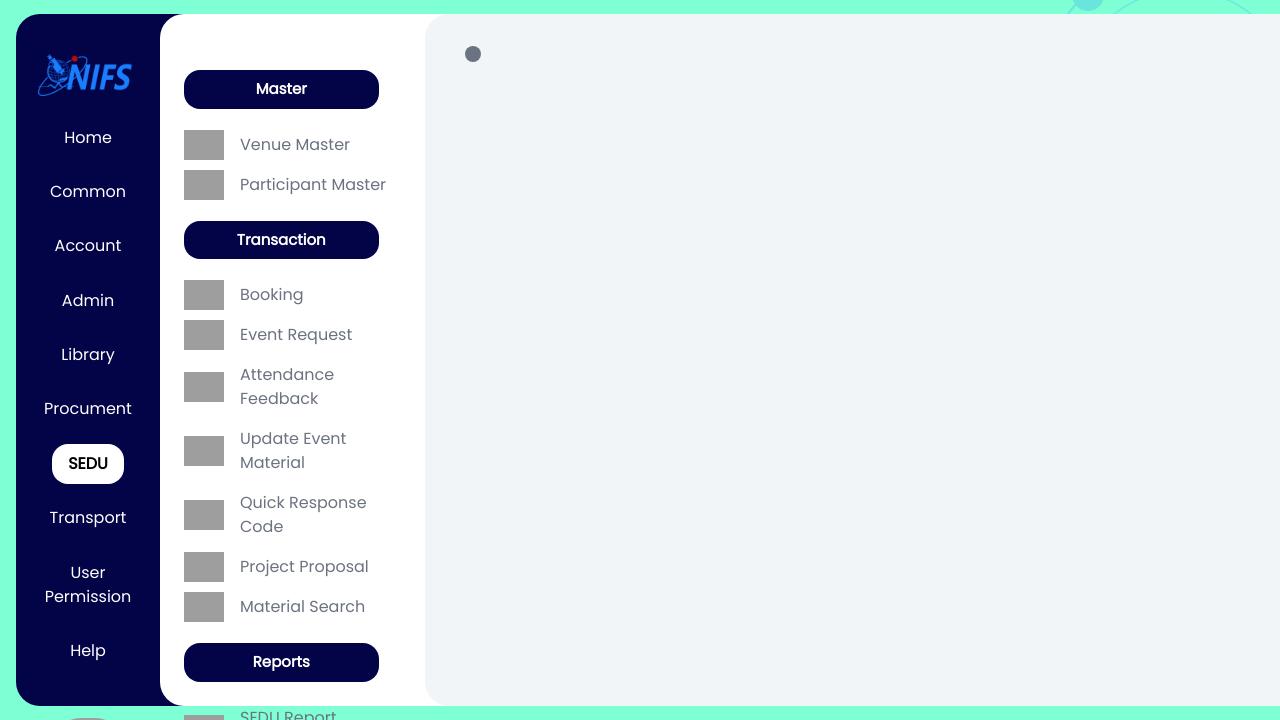
Repository: virangaj/NIFS-WebApp
Page: /sedu (app in client/)
These files come from the project's save history. The page is drawn as it stood at one moment and after the next save; the edit follows.
The browser window is 1280 px wide. The pictures show the whole page.
Pictures or frames that could not be fetched are drawn as grey boxes. The project was rebuilt for these pictures with package versions that can differ from the ones it lists, and the page was loaded fresh each time. Also part of the build but not shown: client/src/pages/Login.tsx, client/src/pages/Home.tsx, client/src/components/Transport/shared/TransportNavbar.js, client/src/pages/TransportMainPage.tsx, client/src/pages/CommonMainPage.tsx, client/src/pages/AccountMainPage.tsx, client/src/pages/AdminMainPage.tsx, client/src/pages/LibraryMainPage.js and 15 more.

Above is the page before, as saved 2022-07-31 03:32:18.

### client/public/index.html
<!DOCTYPE html>
<html lang="en">
	<head>
		<meta charset="utf-8" />
		<link rel="icon" href="nifs_logo.png" />
		<meta name="viewport" content="width=device-width, initial-scale=1" />
		<meta name="theme-color" content="#000000" />
		<meta
			name="description"
			content="Web site created using create-react-app"
		/>
		<link rel="apple-touch-icon" href="%PUBLIC_URL%/logo192.png" />
		<!--
      manifest.json provides metadata used when your web app is installed on a
      user's mobile device or desktop. See https://developers.google.com/web/fundamentals/web-app-manifest/
    -->
		<link rel="manifest" href="%PUBLIC_URL%/manifest.json" />
		<!--
      Notice the use of %PUBLIC_URL% in the tags above.
      It will be replaced with the URL of the `public` folder during the build.
      Only files inside the `public` folder can be referenced from the HTML.

      Unlike "/favicon.ico" or "favicon.ico", "%PUBLIC_URL%/favicon.ico" will
      work correctly both with client-side routing and a non-root public URL.
      Learn how to configure a non-root public URL by running `npm run build`.
    -->
		<link
			href="https://fonts.googleapis.com/css?family=Poppins"
			rel="stylesheet"
		/>
		<title>NIFS Dashboard</title>
	</head>
	<body>
		<noscript>You need to enable JavaScript to run this app.</noscript>
		<div id="root"></div>
		<!--
      This HTML file is a template.
      If you open it directly in the browser, you will see an empty page.

      You can add webfonts, meta tags, or analytics to this file.
      The build step will place the bundled scripts into the <body> tag.

      To begin the development, run `npm start` or `yarn start`.
      To create a production bundle, use `npm run build` or `yarn build`.
    -->
	</body>
</html>

### client/src/index.css
@tailwind base;
@tailwind components;
@tailwind utilities;

* {
  margin: 0;
}

body {
  font-family: 'Poppins' !important;
  -webkit-font-smoothing: antialiased;
  -moz-osx-font-smoothing: grayscale;
  background-color: #dfe7ee;

}

::-webkit-scrollbar {
  display: none;
}


:root {
  --main-navbar-back: #030347;
  --nav-title-section-back: rgba(47, 163, 72, 0.589);
  --white: #fff;
  --black: #000;
  --gray: rgba(68, 68, 68, 0.432);
  --border-radius: 10px;
  --pimary: rgb(10, 94, 133);
  --warning: #ed3d63;
  --secondary-nav-color: rgb(255, 255, 255);
  --body-content-bg: #f2f5f8;
}


.nav-logo {
  width: 100px;
  height: auto;
  margin-bottom: 2vh;
}

a {
  text-decoration: none;
}



/* main navbar */
.main-nav-bg {
  background-color: var(--main-navbar-back) !important;
}

.main-navbar {
  background-color: var(--main-navbar-back) !important;
  width: 100% !important;
  height: 80px !important;

}

/* secondary navbar */

.sec-nav-bg {
  background-color: var(--secondary-nav-color);
}

.secondary-navbar {
  margin: auto;
}

.nav-flex-section {
  display: -webkit-flex;
  display: -ms-flexbox;
  display: flex;
  -webkit-flex-wrap: wrap;
  -ms-flex-wrap: wrap;
  flex-wrap: wrap;
  justify-content: center;
}

.nav-flex-inside {
  margin-left: 5px;
  margin-left: 5px;
}

.nav-title {
  font-size: 15px;
  text-align: center;
  color: var(--white);
  font-weight: 600;

}

.nav-title-section {
  /* border-radius: var(--border-radius);
  background-color: var(--nav-title-section-back);
  box-shadow: rgba(100, 100, 111, 0.2) 0px 7px 29px 0px;
  pointer-events: none;
  margin-left: 10px;
  margin-left: 10px; */
  background-color: var(--main-navbar-back);
}

.nav-icon {
  width: 40px;
}

.nav-link {
  display: flex;
  display: -webkit-flex;
  display: -ms-flexbox;
  flex-direction: column;
  align-items: center;
  font-size: 14px;
  margin-left: 5px;
  margin-right: 5px;
  border: none;
  box-shadow: rgba(100, 100, 111, 0.2) 0px 7px 29px 0px;
  padding: 4px 8px 6px 8px;
  margin-bottom: 10px;
  text-align: center;
  width: 125px;
  border-radius: var(--border-radius);
  background-color: var(--white);
  outline: none;
  min-height: 120px;
}

.nav-link:hover {
  color: var(--pimary);
  cursor: pointer;
  box-shadow: rgba(81, 146, 177, 0.2) 0px 7px 29px 0px;
  background-color: rgb(254, 255, 205);
  border-bottom: 2px solid var(--warning);
}


.nav-link:active {
  color: var(--pimary);
  cursor: pointer;
  box-shadow: rgba(81, 146, 177, 0.2) 0px 7px 29px 0px;
  background-color: rgb(205, 248, 255);
  border-bottom: 2px solid var(--warning);
}

.nav-link-active {
  color: var(--pimary);
  cursor: pointer;
  box-shadow: rgba(81, 146, 177, 0.2) 0px 7px 29px 0px;
  background-color: rgb(205, 248, 255);
  border-bottom: 2px solid var(--warning);
}

/* body content*/
.custom-scroll {
  width: 75vw;
  height: 96vh;
  overflow-y: scroll;
}

.custom-scroll::-webkit-scrollbar {
  width: 5px;
}

.custom-scroll::-webkit-scrollbar-track {
  /* -webkit-box-shadow: inset 0 0 6px rgba(0, 0, 0, 0.3); */
  border-radius: 5px;
}

.custom-scroll::-webkit-scrollbar-thumb {
  border-radius: 5px;
  /* -webkit-box-shadow: inset 0 0 6px red;;;;;;;;;;;                                                                                                                                                                                                                                                                                                                                                                                                                                                                                                                                                                                                                                                                                                                                                                                                                                                                                                                                                                                                                                                                                                                                                                                                                                                                                                                                                                                                                                                                                                                                                                                                                                                                                                                                                                                                                                                                                                                                                                                                                                                                                                                                                                                                                                                                                                                                                                                                                                                                                                                                                                                                                                                                                                                                                                                                                                                                                                                                                                                                                                                                                                                                                                                                                                                                                                                                                                                                                                                                                                                                                         [[ */
}

.body-content {
  margin: auto;
  width: 90%;
  margin-top: 12vh;

}

/* main page content */
.main-content {
  width: 90%;
  margin: auto;
  margin-top: 20px;
}

/* sub page content */

.sub-body-content {
  border: 2px solid var(--gray);
  border-radius: var(--border-radius);
  padding: 10px;
}

.sub-body-title {
  font-size: 24px;
}



/* error page */
.error-page {
  border: 2px solid var(--gray);
  border-radius: var(--border-radius);
  height: 50vh;
  width: 50vw;
  margin: auto;
  margin-top: 50px;
}

.error-page-content {
  display: flex;
  flex-direction: column;
  align-items: center;
  text-align: center !important;
  margin-top: 50px;
}

.error-page-content h1 {
  font-size: 100px;
  color: var(--warning);
  font-weight: 700;
  pointer-events: none;

}

.error-page-content p {
  font-size: 20px;
  margin-bottom: 20px;
  pointer-events: none;
}


@media screen and (max-width: 1366px) {
  body {
    background-color: aquamarine;
  }

  .nav-link {
    font-size: 12px;
    padding: 4px 4px 6px 4px;
    width: 100px;
    min-height: 100px;
  }

  .nav-icon {
    width: 35px;
  }
}

### client/src/App.tsx
import React, { useEffect } from 'react';
import Navbar from './components/shared/Navbar';
import Login from './pages/Login'
import { BrowserRouter as Router, Route, Routes } from 'react-router-dom'
import Home from './pages/Home';
import TransportMainPage from './pages/TransportMainPage';
import CommonMainPage from './pages/CommonMainPage';
import AccountMainPage from './pages/AccountMainPage';
import AdminMainPage from './pages/AdminMainPage';
import LibraryMainPage from './pages/LibraryMainPage';
import ProcumentMainPage from './pages/ProcumentMainPage';
import SeduMainPage from './pages/SeduMainPage';
import UserPermissionMainPage from './pages/UserPermissionMainPage';
import NotificationMainPage from './pages/NotificationMainPage';
import HelpMainPage from './pages/HelpMainPage';
import ErrorPage from './pages/ErrorPage';
import VerticalMainNavbar from './components/shared/VerticalMainNavbar';


function App() {


  return (
    <div className='w-[98%] flex mx-auto flex-col h-[100vh]'>
      <Router>
        {/* <Navbar /> */}
        <div>
          <VerticalMainNavbar />
        </div>
        <div className='overflow-y-scroll ml-4 scroll-bar'>
          <Routes>
            <Route path="/login" element={<Login />} />
            <Route path="/" element={<Home />} />
            <Route path="/common/*" element={<CommonMainPage />} />
            <Route path="/account/*" element={<AccountMainPage />} />
            <Route path="/admin/*" element={<AdminMainPage />} />
            <Route path="/library/*" element={<LibraryMainPage />} />
            <Route path="/procument/*" element={<ProcumentMainPage />} />
            <Route path="/sedu/*" element={<SeduMainPage />} />
            <Route path="/transport/*" element={<TransportMainPage />} />
            <Route
              path="/user-permission/*"
              element={<UserPermissionMainPage />}
            />
            <Route
              path="/notification/*"
              element={<NotificationMainPage />}
            />
            <Route path="/help/*" element={<HelpMainPage />} />
            <Route path="/error-404" element={<ErrorPage />} />
          </Routes>
        </div>


      </Router>
    </div>
  );
}

export default App;

### client/src/pages/SeduMainPage.tsx
import React from 'react';
import { Route, Routes } from 'react-router-dom';
import AttendanceFeedback from '../components/sedu/AttendanceFeedback';
import EventRequest from '../components/sedu/EventRequest';
import MaterialSearch from '../components/sedu/MaterialSearch';
import ParticipantMaster from '../components/sedu/ParticipantMaster';
import ProjectProposal from '../components/sedu/ProjectProposal';
import QuickResponseCode from '../components/sedu/QuickResponseCode';
import SeduBooking from '../components/sedu/SeduBooking';
import SeduReportGenerator from '../components/sedu/SeduReportGenerator';
import SeduSecondaryNavbar from '../components/sedu/shared/SeduSecondaryNavbar';
import UpdateEventMaterial from '../components/sedu/UpdateEventMaterial';
import VenueMaster from '../components/sedu/VenueMaster';
import SecondaryNavbar from '../components/shared/SecondaryNavbar';
import Pages from '../components/data/SeduNavData.json'
import VerticalSecondaryNavbar from '../components/shared/VerticalSecondaryNavbar';


// icon
import { HiX } from "react-icons/hi";
import Dots from '../images/dots_circle_b.png'


// sedu main page where all other section of sedu department can be access from here
function SeduMainPage() {
	// console.log(Pages);


	return (

		<div >
			{/* <SeduSecondaryNavbar /> */}
			{/* <SecondaryNavbar pages={Pages} /> */}
			{/* <div className="main-content"> */}
			<div className='secondary-nav-position'>
				<VerticalSecondaryNavbar pages={Pages} />
			</div>
			<div className='fixed w-[400px] top-[-100px] right-[-100px]'>
				<img src={Dots} alt="Dots" />
			</div>

			<div className='fixed left-[425px] top-[2vh] bg-body-content-bg rounded-3xl overflow-y-scroll pl-10 pt-8 pr-4 pb-4 custom-scroll'>
				<div className='w-4 h-4 bg-gray-500 p-2 flex justify-end rounded-full'>
					<HiX />
				</div>
				<Routes>
					<Route path="/venue-master" element={<VenueMaster />} />
					<Route path="/participant-master" element={<ParticipantMaster />} />
					<Route path="/booking" element={<SeduBooking />} />
					<Route path="/event-request" element={<EventRequest />} />
					<Route path="/attendance-feedback" element={<AttendanceFeedback />} />
					<Route path="/update-material" element={<UpdateEventMaterial />} />
					<Route path="/quick-response" element={<QuickResponseCode />} />
					<Route path="/project-proposal" element={<ProjectProposal />} />
					<Route path="/material-search" element={<MaterialSearch />} />
					<Route path="/report-generator" element={<SeduReportGenerator />} />

				</Routes>

			</div>
		</div >);
}

export default SeduMainPage;

### client/src/components/shared/VerticalMainNavbar.tsx
import { Button } from '@mui/material'
import React from 'react'
import { Link, useLocation } from 'react-router-dom'
import Pages from '../data/MainNavPages.json'
import { HiMenuAlt2 } from "react-icons/hi";
import Logo from '../../images/nifs_logo.png'


function VerticalMainNavbar() {

    const location: any = useLocation();

    return (
        <>
            <div className='fixed left-0 w-48 top-[2vh] main-nav-bg ml-4 rounded-l-3xl'>
                <div className='h-[96vh] w-36 flex flex-col items-center py-10 px-2'>
                    <Link to='/'>
                        <img src={Logo} alt="logo" className="nav-logo" />
                    </Link>
                    {Pages.map((page, index) => (
                        location.pathname.split('/')[1] === page.link.split('/')[1] ?
                            <Link to={page.link} style={{ textDecoration: 'none' }} key={index}>
                                <button className='bg-white my-[1vh] px-4 py-2 rounded-2xl text-black font-bold'>
                                    {page.title}
                                </button>
                            </Link>
                            :
                            <Link to={page.link} style={{ textDecoration: 'none' }} key={index}>
                                <button className='my-[1vh] px-4 py-2 rounded-2xl text-white hover:font-bold hover:text-blue-400'>
                                    {page.title}
                                </button>
                            </Link>
                    ))}

                    <img src='https://images.unsplash.com/photo-1494790108377-be9c29b29330?ixlib=rb-1.2.1&ixid=MnwxMjA3fDB8MHxzZWFyY2h8Mnx8cHJvZmlsZXxlbnwwfHwwfHw%3D&w=1000&q=80' alt='profle' className='rounded-full w-16 h-16 mt-10 bg-cover bg-center cursor-pointer' />
                </div>
            </div>
            {/* <div className='fixed left-0 w-24 top-[2vh] visible md:invisible main-nav-bg ml-2 rounded-l-3xl'>
                <div className='h-[96vh] w-20 flex flex-col items-center py-10 px-2'>
                    <p className='text-white text-2xl cursor-pointer'>

                        <HiMenuAlt2 />
                    </p>


                </div>
            </div> */}
        </>
    )
}

export default VerticalMainNavbar

### client/src/components/shared/VerticalSecondaryNavbar.tsx
import React from 'react'
import Box from '@mui/material/Box';
import { Link, useLocation } from 'react-router-dom';
import Employees from '../data/Employee.json';

function VerticalSecondaryNavbar(props: any) {
    console.log(props.pages)
    const location = useLocation();
    const user = Employees[0];
    // const isAdmin: Boolean = user.deparment.toUpperCase() === location.pathname.split('/')[1].toUpperCase() && user.admin === true;
    const isAdmin: Boolean = true;

    console.log(isAdmin)
    const pages: any = props.pages;
    return (
        <div className='fixed left-40 w-72 top-[2vh] sec-nav-bg rounded-l-3xl'>
            <div className='h-[96vh] w-[90%] flex flex-col items-start ml-4 py-10 px-2'>

                {pages.map((content: any, index: number) =>
                    <>
                        <div className='my-4 w-[80%] py-2 px-4 rounded-2xl nav-title-section pointer-events-none'>
                            <p className='nav-title'>{content.section}</p>
                        </div>
                        {content.routes.map((page: any, i: number) => (
                            isAdmin ? <Link to={page.link} key={i}>
                                <div className='flex items-center'>
                                    <img src={page.img} alt={page.title} className={location.pathname === page.link ? 'w-10 bg-blue-300/30 rounded-xl p-1' : 'w-10'} />
                                    <button className={location.pathname === page.link ? 'px-4 py-2 rounded-2xl text-black font-semibold text-left hover:text-blue-500 hover:font-semibold' : 'text-gray-500 px-4 py-2 text-left hover:text-blue-500 hover:font-semibold'}>{page.title}</button>
                                </div>
                            </Link> : (!page.only_admin ? <Link to={page.link} key={i}>
                                <div className='flex items-center'>
                                    <img src={page.img} alt={page.title} className='w-8' />
                                    <button className={location.pathname === page.link ? 'px-4 py-2 rounded-2xl text-black font-semibold text-left hover:text-blue-500 hover:font-semibold' : 'text-gray-500 px-4 py-2 text-left hover:text-blue-500 hover:font-semibold'}>{page.title}</button>
                                </div>
                            </Link> : "")
                        ))}
                    </>

                )}

            </div>

        </div>
    )
}

export default VerticalSecondaryNavbar

### client/src/components/data/Employee.json
[
    {
        "id": 0,
        "value": "Mr. Kamal",
        "admin": true,
        "deparment": "Transpoort"
    },
    {
        "id": 1,
        "value": "Mr. Sunil",
        "admin": true,
        "deparment": "SEDU"
    },
    {
        "id": 2,
        "value": "Mr. Kusal",
        "admin": false,
        "deparment": "Transpoort"
    },
    {
        "id": 3,
        "value": "Mrs. Nayana",
        "admin": false,
        "deparment": "SEDU"
    },
    {
        "id": 4,
        "value": "Miss Rashmi",
        "admin": false,
        "deparment": "Transpoort"
    }
]

### client/tailwind.config.js
/** @type {import('tailwindcss').Config} */
module.exports = {
	content: ['./src/**/*.{js,jsx,ts,tsx}'],
	theme: {
		extend: {
			colors: {
				'body-content-bg': 'var(--body-content-bg)',
			},
		},
	},
	plugins: [],
};

Loaded but not shown: client/src/index.tsx (common file); client/src/reportWebVitals.ts (common file); client/src/components/data/SeduNavData.json (80 lines, source omitted); client/src/components/data/MainNavPages.json (52 lines, source omitted)

After the next save:
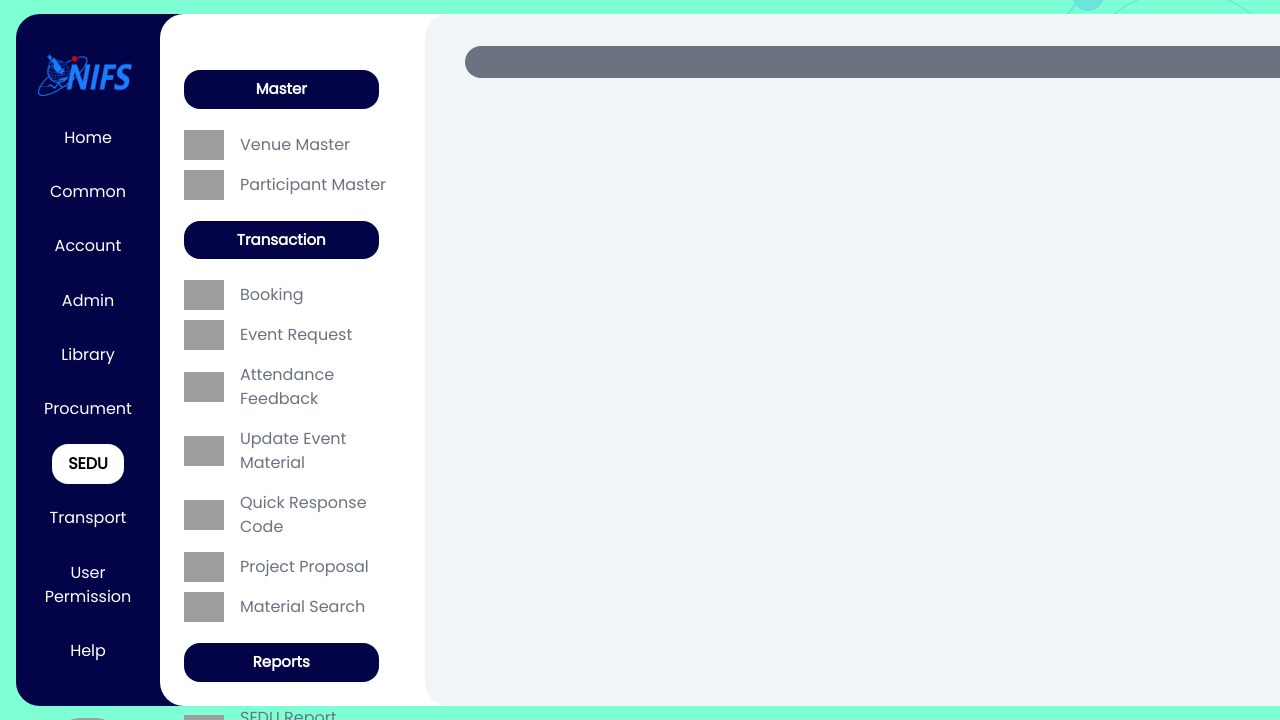
Saved 20 s later.
--- a/client/src/pages/SeduMainPage.tsx
+++ b/client/src/pages/SeduMainPage.tsx
@@ -40,8 +40,8 @@ function SeduMainPage() {
 			</div>
 
 			<div className='fixed left-[425px] top-[2vh] bg-body-content-bg rounded-3xl overflow-y-scroll pl-10 pt-8 pr-4 pb-4 custom-scroll'>
-				<div className='w-4 h-4 bg-gray-500 p-2 flex justify-end rounded-full'>
-					<HiX />
+				<div className='bg-gray-500 p-2 flex justify-end rounded-full'>
+					<HiX className='w-4 h-4' />
 				</div>
 				<Routes>
 					<Route path="/venue-master" element={<VenueMaster />} />

After the save that followed:
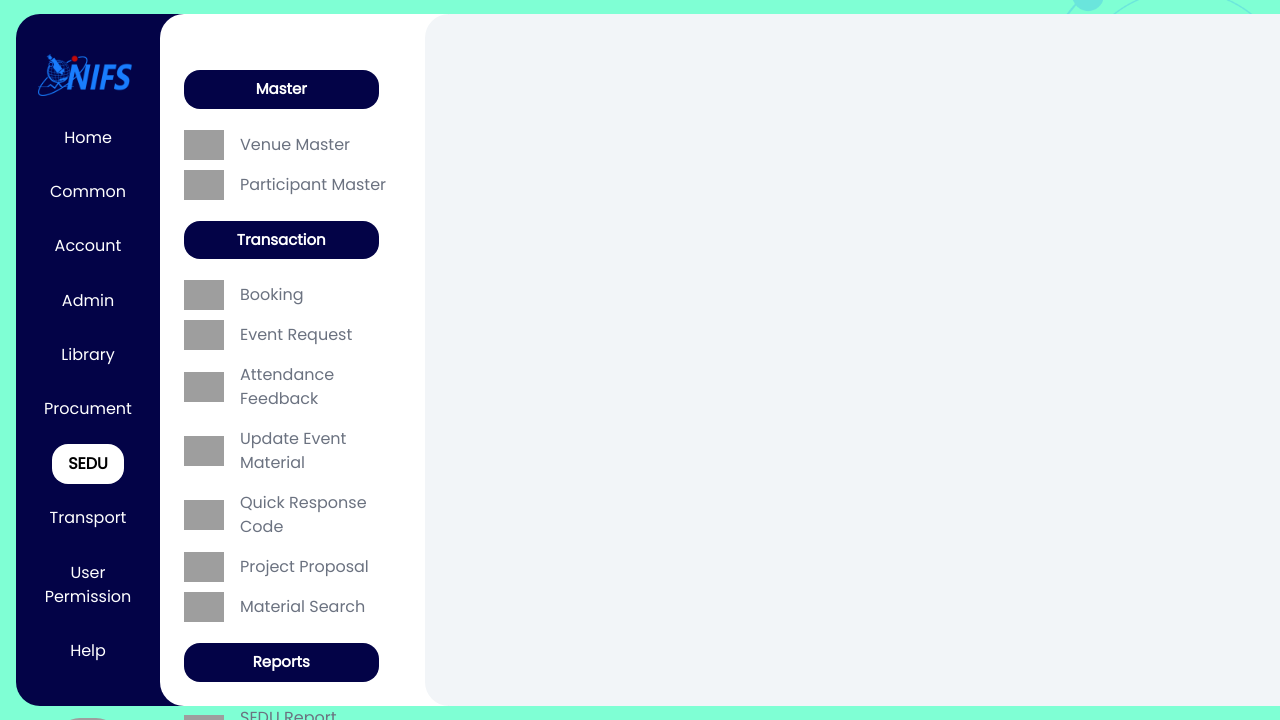
Saved 13 s later.
--- a/client/src/pages/SeduMainPage.tsx
+++ b/client/src/pages/SeduMainPage.tsx
@@ -40,7 +40,7 @@ function SeduMainPage() {
 			</div>
 
 			<div className='fixed left-[425px] top-[2vh] bg-body-content-bg rounded-3xl overflow-y-scroll pl-10 pt-8 pr-4 pb-4 custom-scroll'>
-				<div className='bg-gray-500 p-2 flex justify-end rounded-full'>
+				<div className='flex justify-end rounded-full'>
 					<HiX className='w-4 h-4' />
 				</div>
 				<Routes>
